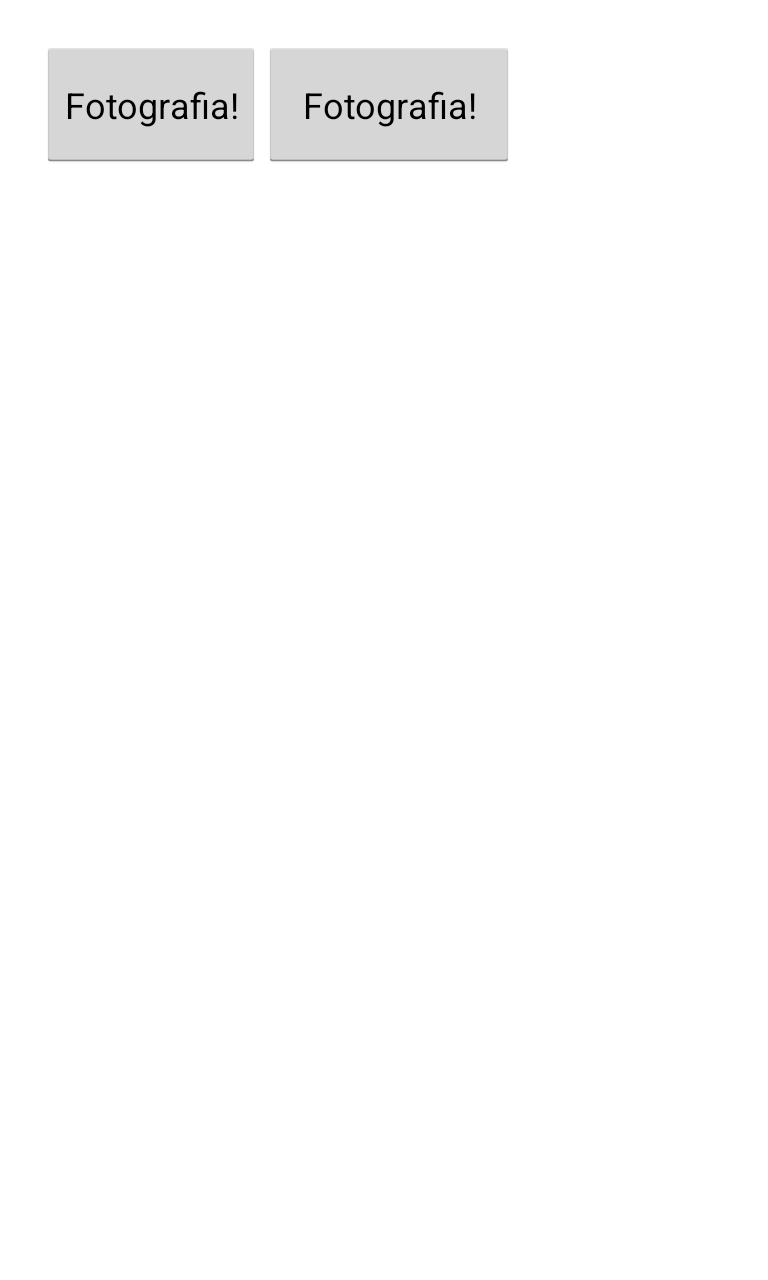
Repository: sstevenmr/SP-Galileo
Layout: Demo3_10/res/layout/activity_main.xml
The author's editor kept a copy of each file at every save. The layout is drawn from the files as they stood at one save, then again after the next save.
It is drawn on a 768 x 1280 px phone screen (xhdpi) without system bars, with theme AppTheme; the app's code is not run. Lists and similar views that code fills are empty.

Above is the layout before, as saved 2014-02-24 17:11:08.

After the next save:
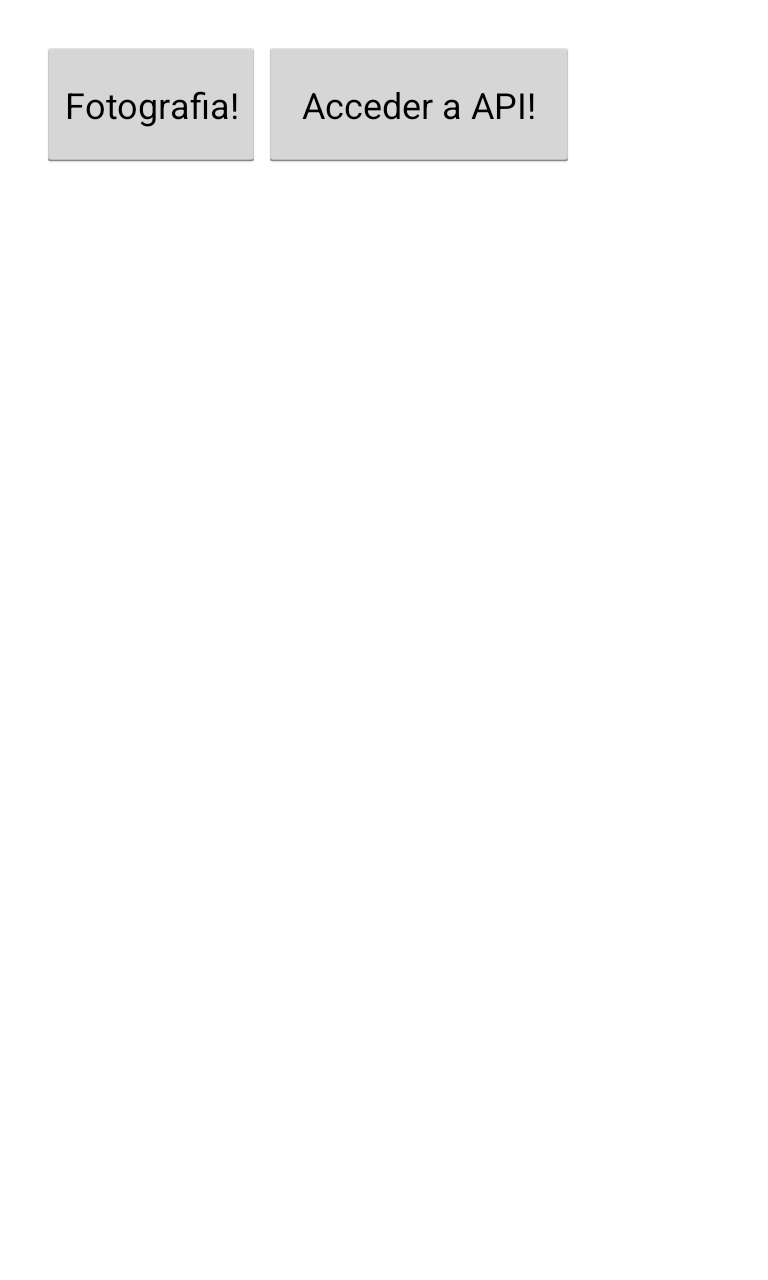
Saved 20 s later.
--- a/Demo3_10/res/layout/activity_main.xml
+++ b/Demo3_10/res/layout/activity_main.xml
@@ -25,7 +25,7 @@
             android:layout_height="wrap_content"
             android:gravity="center"
             android:padding="20dp"
-            android:text="@string/btn_Photo" />
+            android:text="@string/btn_Update" />
 
     </LinearLayout>
 
